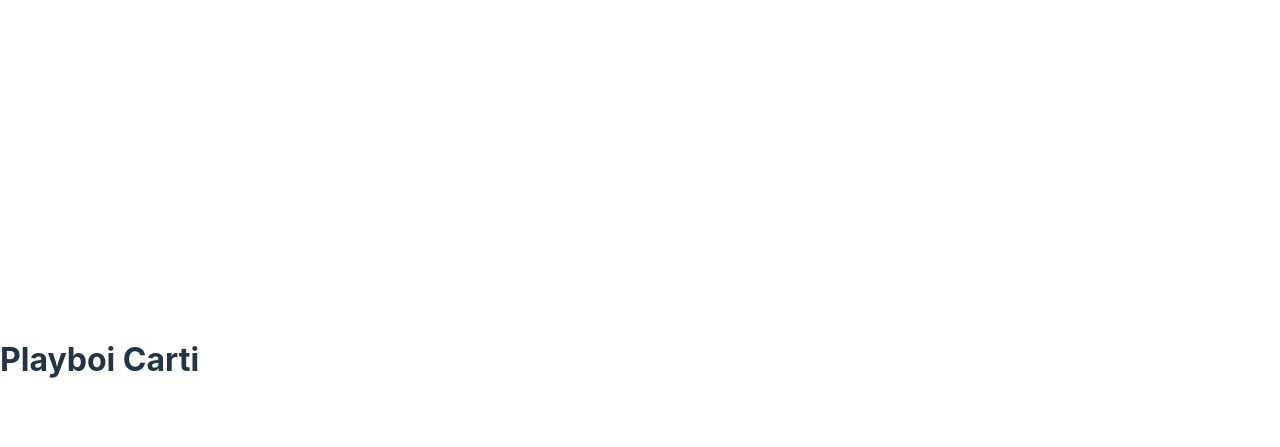
Repository: Hennyyyy8/Lab01-Assignment
Page: / (app in react/)
The author's editor kept a copy of each file at every save. The page is drawn from the files as they stood at one save, then again after the next save.
The browser window is 1280 px wide. The pictures show the whole page.
The project was rebuilt for these pictures with package versions that can differ from the ones it lists, and the page was loaded fresh each time. Also part of the build but not shown: react/vite.config.js.

Above is the page before, as saved 2024-09-15 20:46:23.

After the next save:
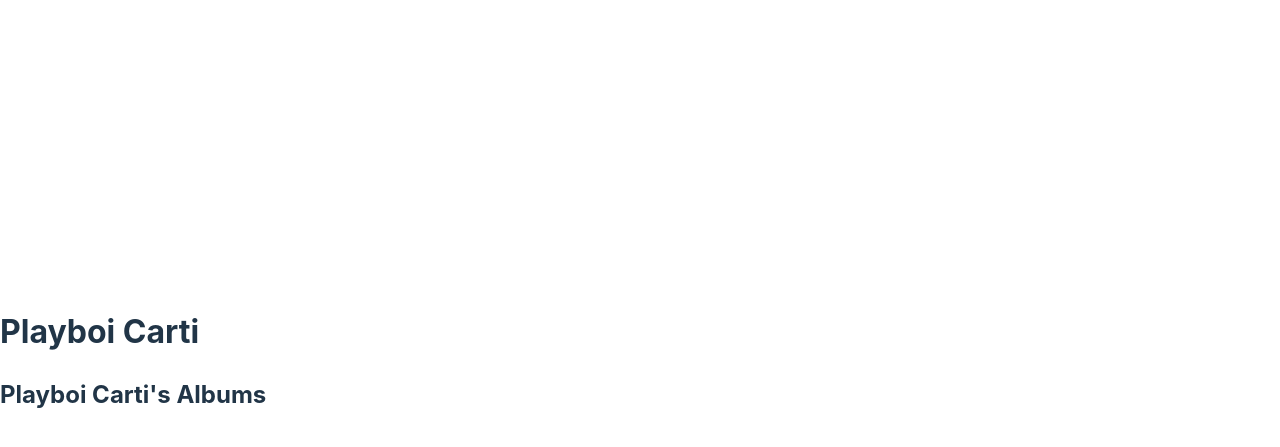
Saved 99 s later.
--- a/react/src/App.jsx
+++ b/react/src/App.jsx
@@ -4,9 +4,10 @@
     <>
     <div>
       <h1>Playboi Carti</h1>
-        <div className="artist-img">
-
-        </div>
+        <div className="artist-img"></div>
+          <div className="discography-box">
+            <h2>Playboi Carti's Albums</h2>
+          </div>
     </div>
     </>
   )
